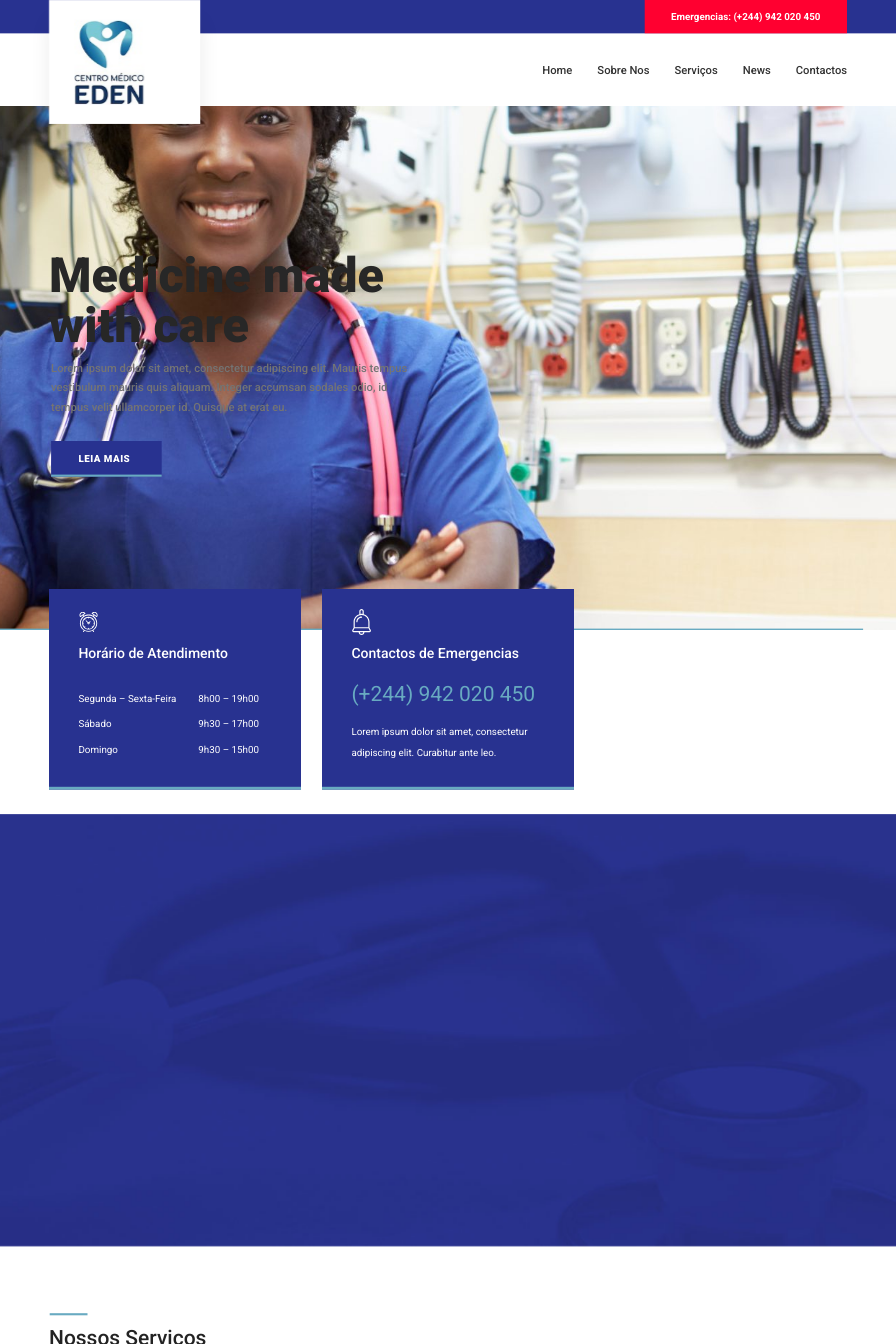
Repository: Nanitamo/centro-medico-eden-webpage
Page: http://localhost/
These files come from the project's save history. The page is drawn as it stood at one moment and after the next save; the edit follows.
The browser window is 1280 px wide. The pictures show the part of the page from y = 0 to 1920 px (the page is 4025 px tall before and 4047 px after), at 70% of full size.
The page is run by PHP 8.4 with error messages shown; the project is at /var/www/html/.

Above is the page before, as saved 2020-06-18 17:30:13.

After the next save:
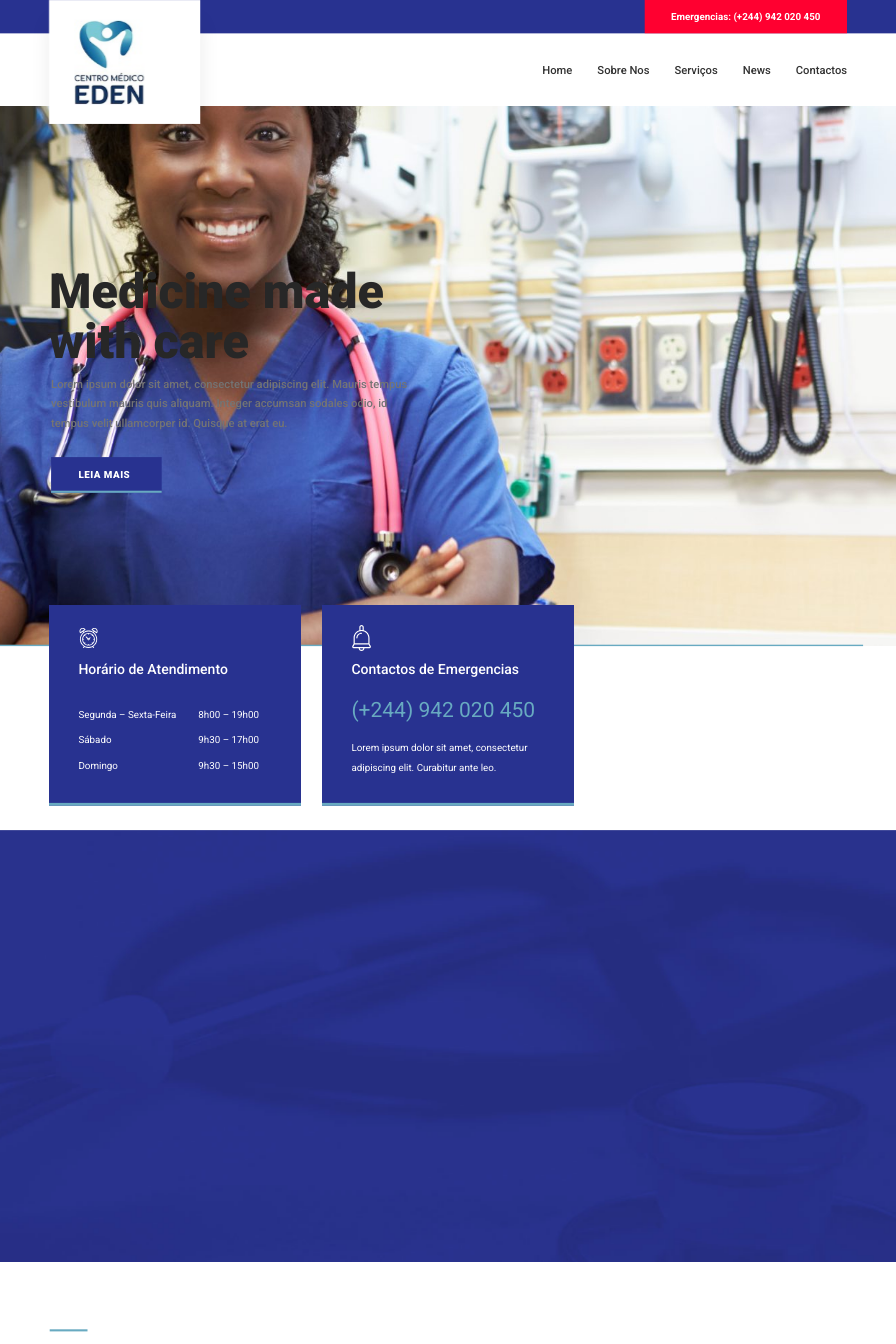
Saved 4 s later.
--- a/index.php
+++ b/index.php
@@ -1,4 +1,4 @@
-<php
+< php
 
 <!DOCTYPE html>
 <html lang="pt">
